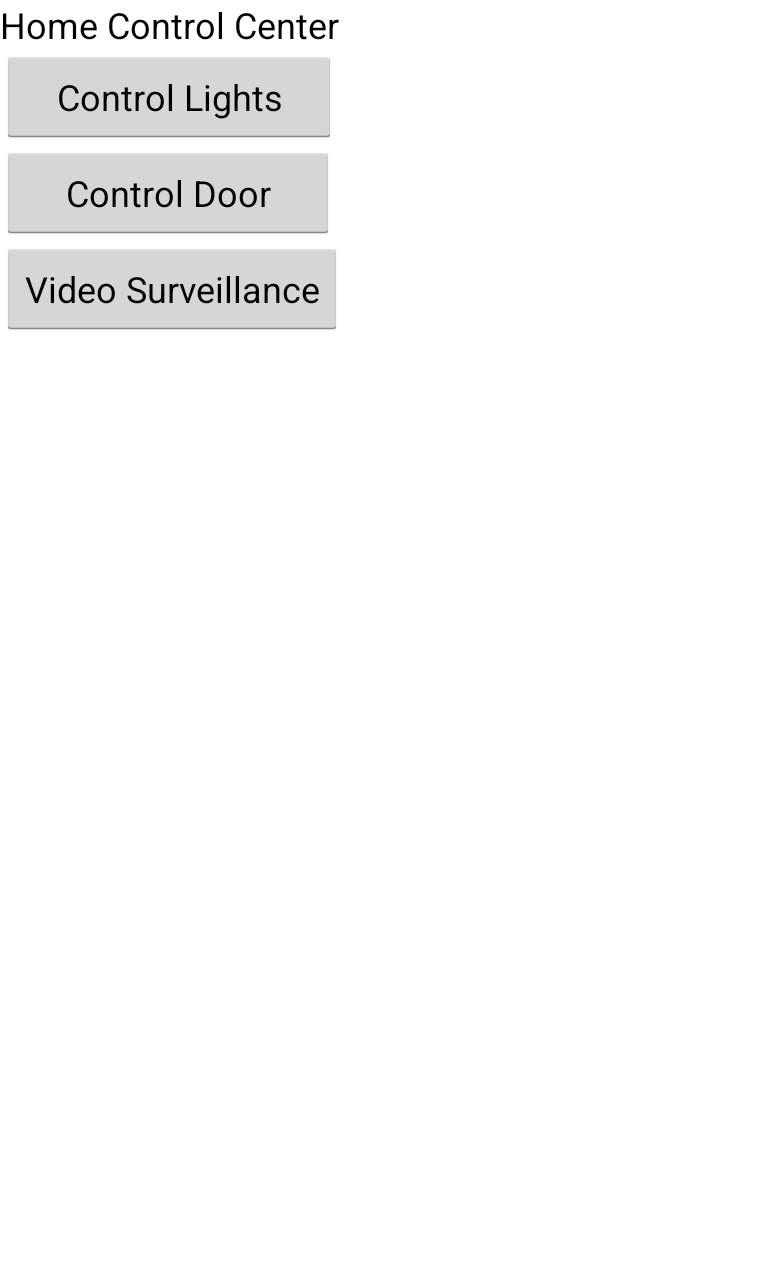
Repository: Teketel/hujeManiita
Layout: workspace/android/Besso/res/layout/center_activity.xml
These files come from the project's save history. The layout is drawn as it stood at one moment and after the next save; the edit follows.
It is drawn on a 768 x 1280 px phone screen (xhdpi) without system bars, with theme AppTheme; the app's code is not run.

Above is the layout before, as saved 2013-02-17 14:44:50.

After the next save:
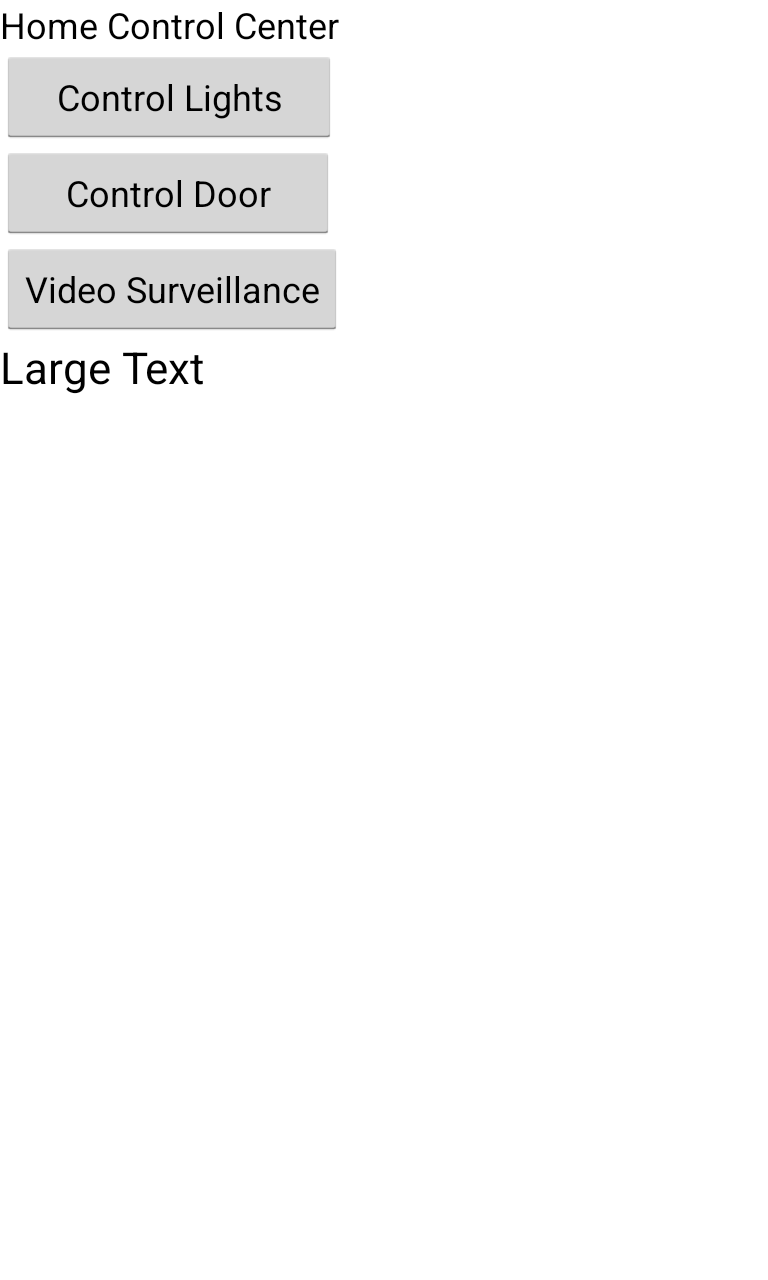
Saved 10 min 0 s later.
--- a/workspace/android/Besso/res/layout/center_activity.xml
+++ b/workspace/android/Besso/res/layout/center_activity.xml
@@ -29,4 +29,11 @@
         android:layout_height="wrap_content"
         android:text="Video Surveillance" />
 
+    <TextView
+        android:id="@+id/textView2"
+        android:layout_width="wrap_content"
+        android:layout_height="wrap_content"
+        android:text="Large Text"
+        android:textAppearance="?android:attr/textAppearanceLarge" />
+
 </LinearLayout>
